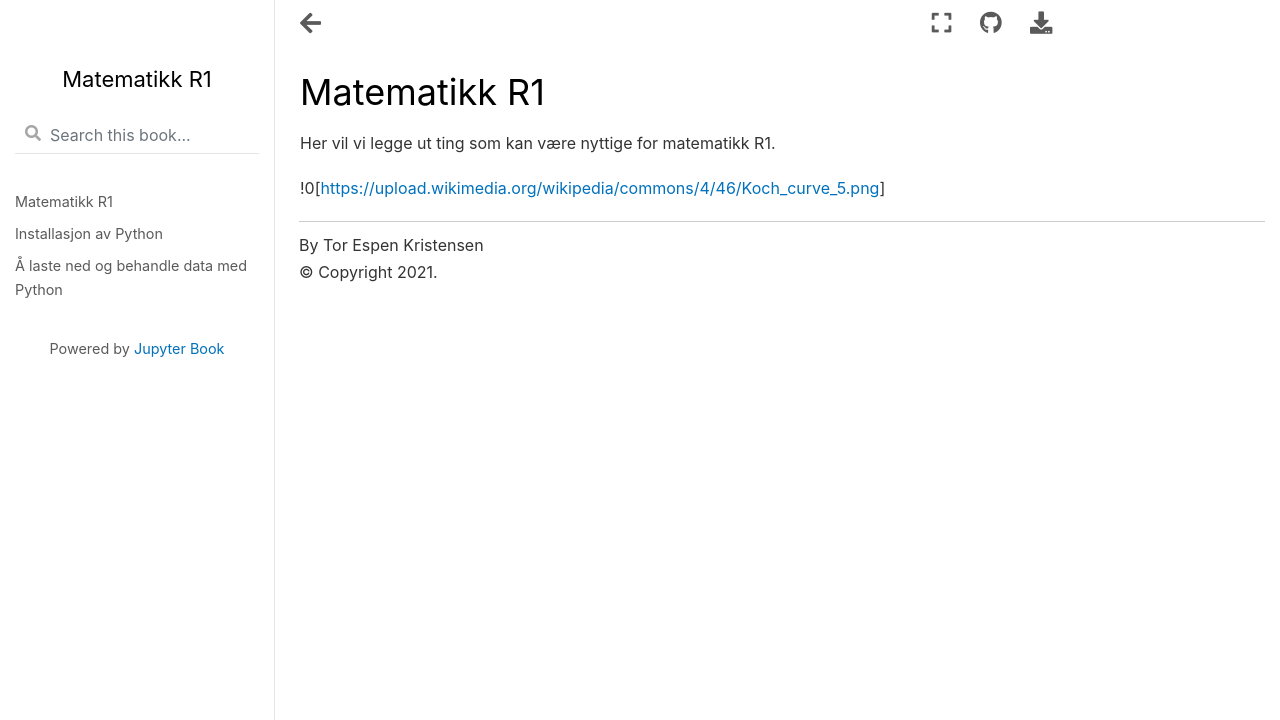
Repository: tork73/R1
Page: R1-programmering/_build/html/intro.html
The author's editor kept a copy of each file at every save. The page is drawn from the files as they stood at one save, then again after the next save.
The browser window is 1280 px wide. The pictures show the whole page.

Above is the page before, as saved 2022-01-31 14:27:18.

After the next save:
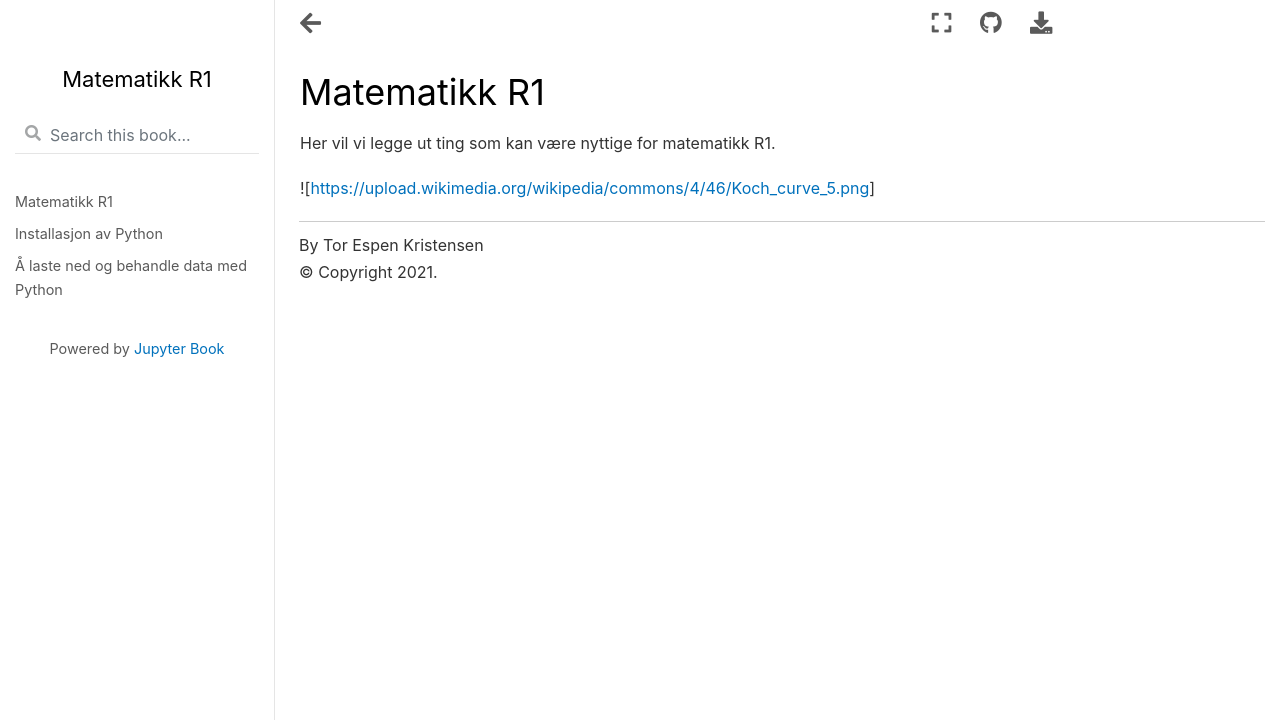
Saved 2 s later.
--- a/R1-programmering/_build/html/intro.html
+++ b/R1-programmering/_build/html/intro.html
@@ -142,7 +142,7 @@
         <!-- ipynb file if we had a myst markdown file -->
 
         <!-- Download raw file -->
-        <a class="dropdown-buttons" href="../_sources/.history/intro_20220131142718.md"><button type="button"
+        <a class="dropdown-buttons" href="../_sources/.history/intro_20220131142720.md"><button type="button"
                 class="btn btn-secondary topbarbtn" title="Download source file" data-toggle="tooltip"
                 data-placement="left">.md</button></a>
         <!-- Download PDF via print -->
@@ -162,7 +162,7 @@
                 data-toggle="tooltip" data-placement="left" title="Source repository"><i
                     class="fab fa-github"></i>repository</button></a>
         <a class="issues-button"
-            href="https://github.com/executablebooks/jupyter-book/issues/new?title=Issue%20on%20page%20%2F.history/intro_20220131142718.html&body=Your%20issue%20content%20here."><button
+            href="https://github.com/executablebooks/jupyter-book/issues/new?title=Issue%20on%20page%20%2F.history/intro_20220131142720.html&body=Your%20issue%20content%20here."><button
                 type="button" class="btn btn-secondary topbarbtn" data-toggle="tooltip" data-placement="left"
                 title="Open an issue"><i class="fas fa-lightbulb"></i>open issue</button></a>
 
@@ -204,7 +204,7 @@
   <div class="tex2jax_ignore mathjax_ignore section" id="matematikk-r1">
 <h1>Matematikk R1<a class="headerlink" href="#matematikk-r1" title="Permalink to this headline">¶</a></h1>
 <p>Her vil vi legge ut ting som kan være nyttige for matematikk R1.</p>
-<p>!0[<a class="reference external" href="https://upload.wikimedia.org/wikipedia/commons/4/46/Koch_curve_5.png">https://upload.wikimedia.org/wikipedia/commons/4/46/Koch_curve_5.png</a>]</p>
+<p>![<a class="reference external" href="https://upload.wikimedia.org/wikipedia/commons/4/46/Koch_curve_5.png">https://upload.wikimedia.org/wikipedia/commons/4/46/Koch_curve_5.png</a>]</p>
 </div>
 
     <script type="text/x-thebe-config">
